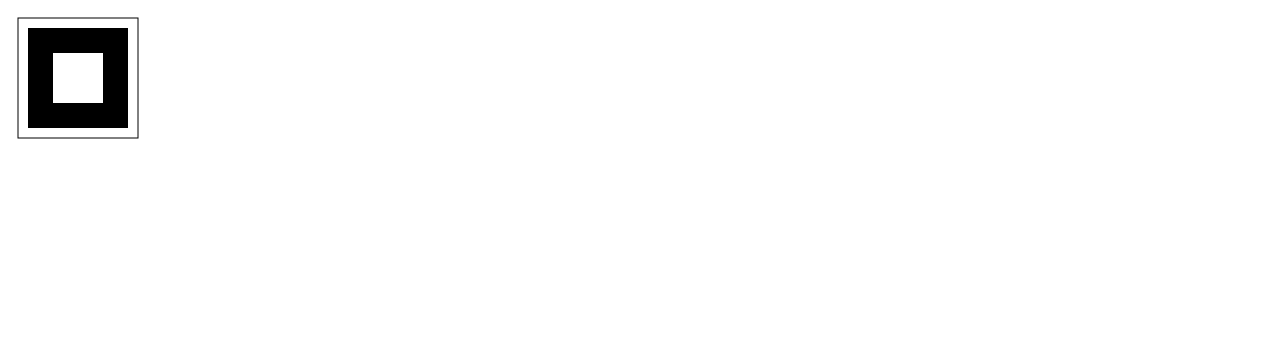
Repository: ManojAndroid/WellcomeToAndroidApp
Page: AddressBook_App/Canvas_Project/WebContent/Canvas.html
An editor plug-in stored every save of this project. The page is shown before and after the next save, followed by the edit.
The browser window is 1280 px wide. The pictures show the whole page.

Above is the page before, as saved 2017-04-20 11:50:52.

After the next save:
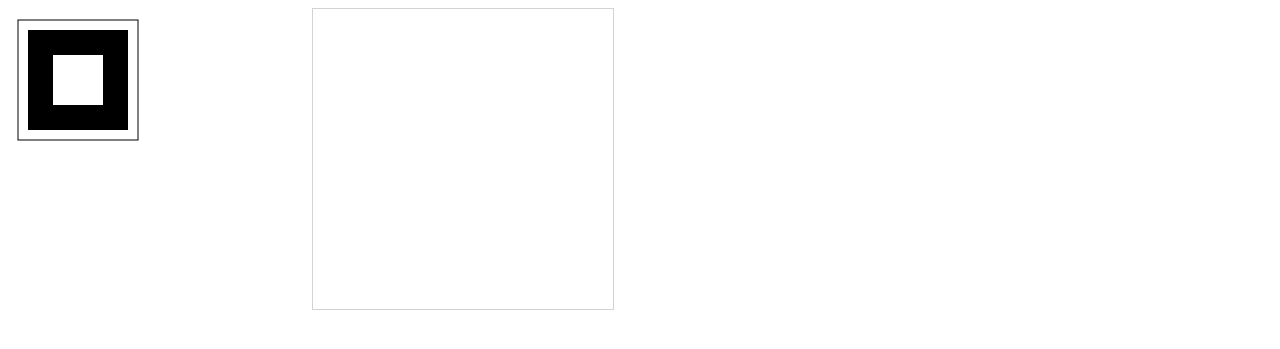
Saved 52 s later.
--- a/AddressBook_App/Canvas_Project/WebContent/Canvas.html
+++ b/AddressBook_App/Canvas_Project/WebContent/Canvas.html
@@ -28,7 +28,7 @@
                 </canvas>
 
 
-	<canvas id="myCan" width="300" height="300" onmouseleave="drawShape()">
+	<canvas id="myCan" width="300" height="300" onmouseleave="drawShape()" style="border:1px solid #d3d3d3;">
                 </canvas>
 	<!-- <canvas id="myCan" width="300" height="300" onclick="drawShape()">
                 </canvas> -->
